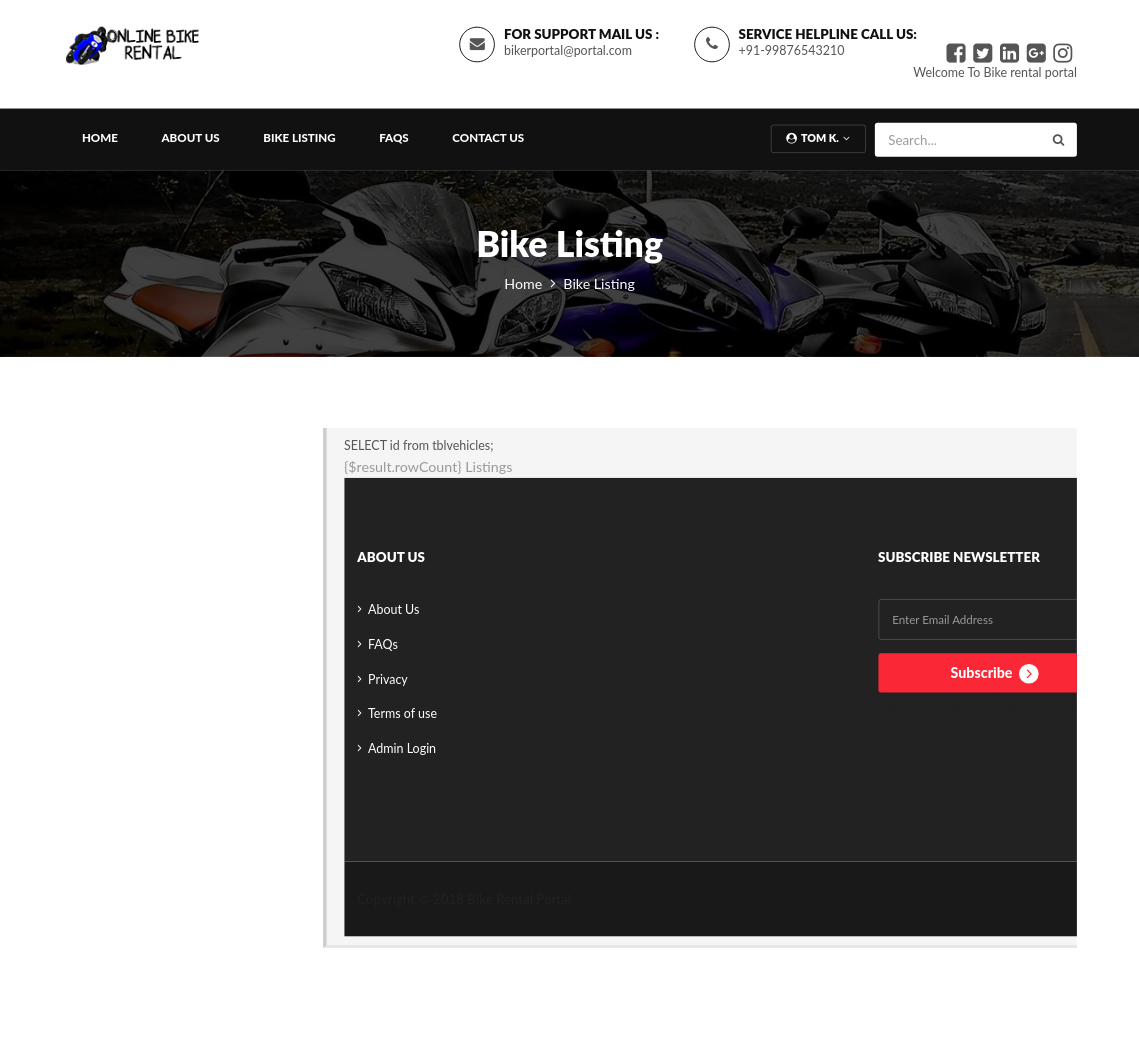
Repository: Het95/Bike-Rental-JSP
Page: http://localhost/AJOep/bike-listing.jsp
These files come from the project's save history. The page is drawn as it stood at one moment and after the next save; the edit follows.
The browser window is 1280 px wide. The pictures show the whole page, at 89% of full size.
The page is served by Tomcat 9.

Above is the page before, as saved 2020-05-31 19:38:17.

After the next save:
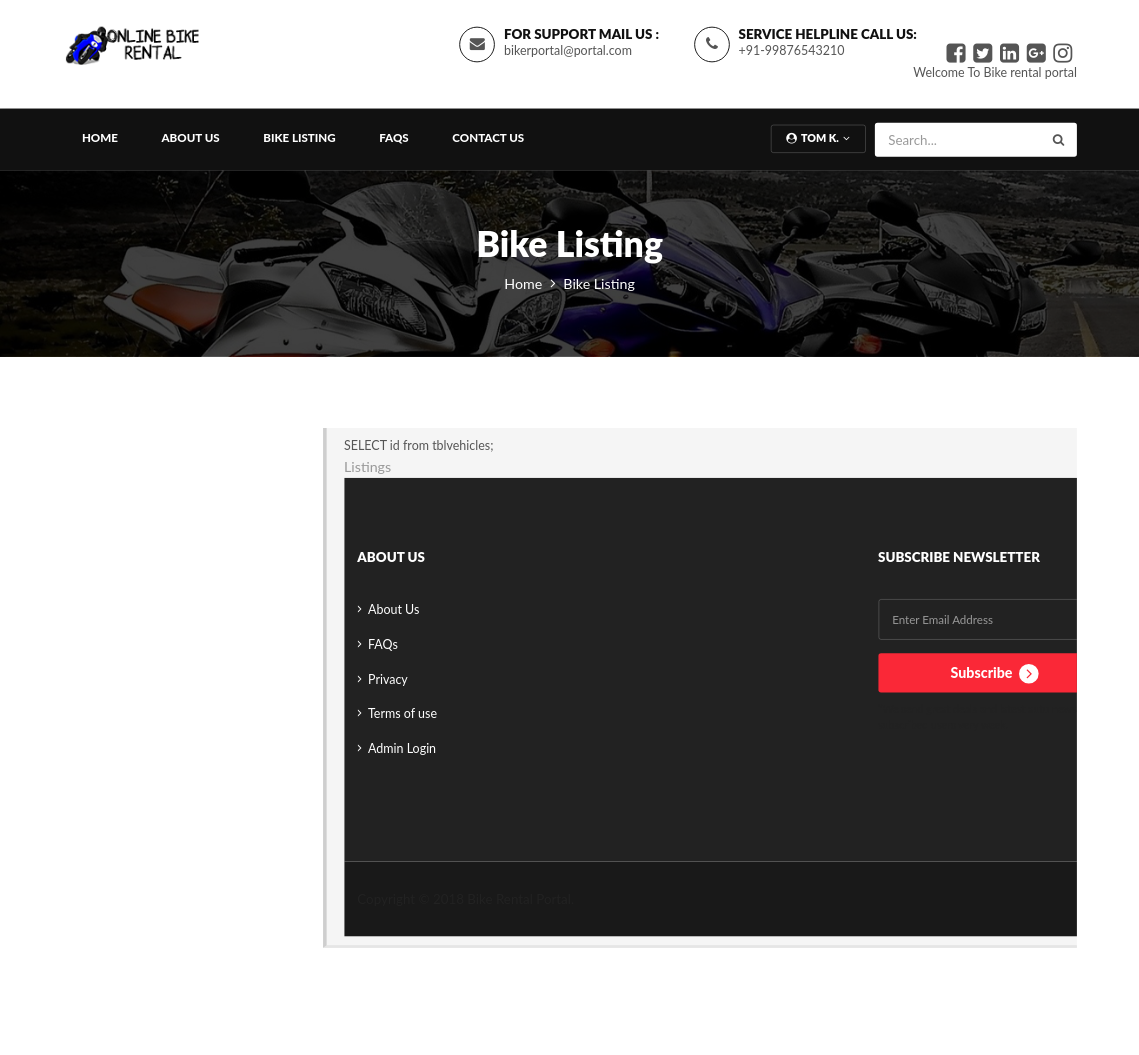
Saved 3 min 58 s later.
--- a/AJOep/WebContent/bike-listing.jsp
+++ b/AJOep/WebContent/bike-listing.jsp
@@ -134,9 +134,9 @@
 
           <sql:query dataSource = "${db}" var = "result">
         	    	SELECT id from tblvehicles;
-        	    </sql:query>
+        	</sql:query>
 
-        	    <p><span> {$result.rowCount} Listings</span></p>
+        	    <p><span> ${result.rowCount} Listings</span></p>
 
 <!--Footer -->
  <%@include file="includes/footer.jsp" %>
